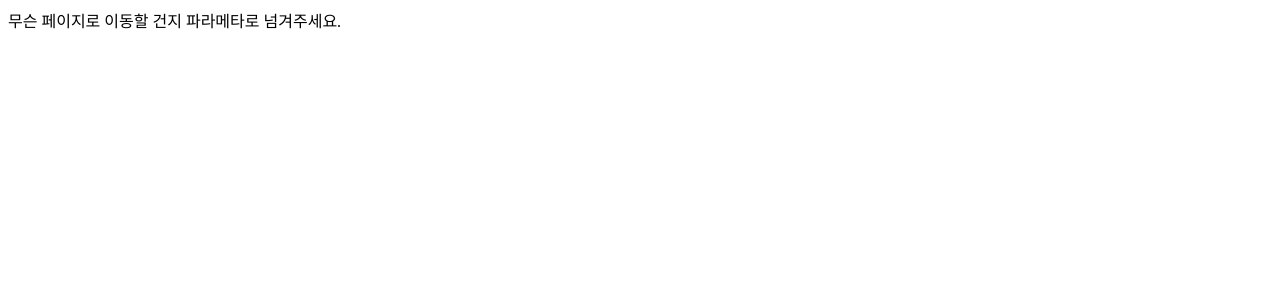
Repository: ment0715/20201113
Page: http://localhost/20201110/a.jsp
The author's editor kept a copy of each file at every save. The page is drawn from the files as they stood at one save, then again after the next save.
The browser window is 1280 px wide. The pictures show the whole page.
The page is served by Tomcat 9.

Above is the page before, as saved 2020-11-10 01:09:04.

### 20201110/WebContent/a.jsp
<%@ page language="java" contentType="text/html; charset=UTF-8"
	pageEncoding="UTF-8"%>
<!DOCTYPE html>
<html>
<head>
<meta charset="UTF-8">
<title>Insert title here</title>
</head>
<body>
	<!-- getCookies() 8장가서 한단원으로 나옵니다 -->
	<%
		String filename = request.getParameter("file");
	if (filename != null) {
		if (filename.equals("b")) {
			response.sendRedirect("b.jsp");

		} else if (filename.equals("c"))
		{
			response.sendRedirect("c.jsp");
		}
	} else {
		out.println("무슨 페이지로 이동할 건지 파라메타로 넘겨주세요.");
	}
	%>

</body>
</html>

After the next save:
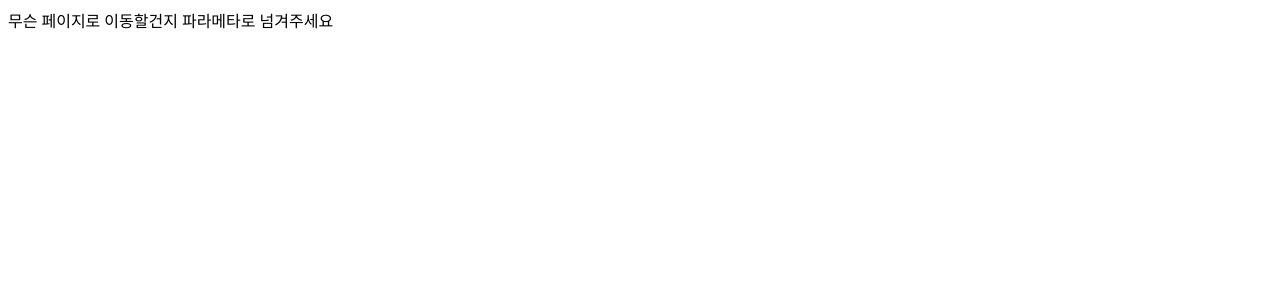
Saved 6 min 38 s later.
--- a/20201110/WebContent/a.jsp
+++ b/20201110/WebContent/a.jsp
@@ -9,19 +9,23 @@
 <body>
 	<!-- getCookies() 8장가서 한단원으로 나옵니다 -->
 	<%
-		String filename = request.getParameter("file");
-	if (filename != null) {
-		if (filename.equals("b")) {
-			response.sendRedirect("b.jsp");
+   String filename = request.getParameter("file");
 
-		} else if (filename.equals("c"))
-		{
-			response.sendRedirect("c.jsp");
-		}
-	} else {
-		out.println("무슨 페이지로 이동할 건지 파라메타로 넘겨주세요.");
-	}
-	%>
+   if(filename != null){
+      if(filename.equals("b"))
+      {
+         response.sendRedirect("b.jsp");
+      }
+      else if(filename.equals("c"))
+      {
+         response.sendRedirect("c.jsp");
+      }
+   }
+      else{
+         out.println("무슨 페이지로 이동할건지 파라메타로 넘겨주세요");
+      }
+
+%>
 
 </body>
 </html>
